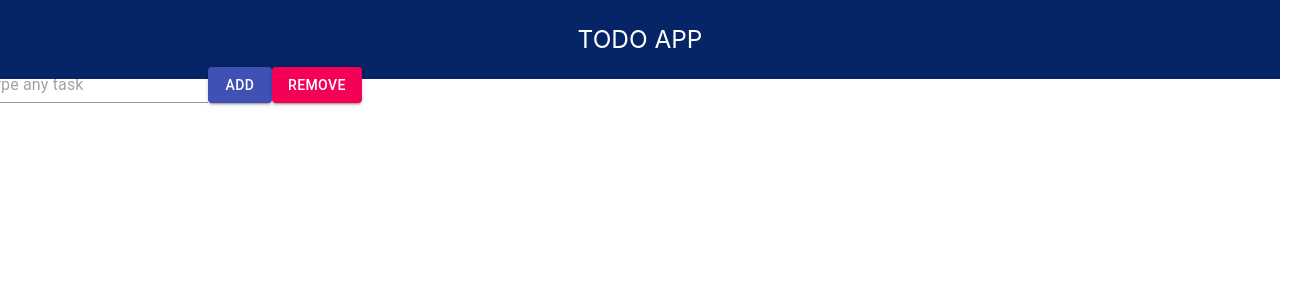
Repository: Shams97/Todo-app
Page: /
These files come from the project's save history. The page is drawn as it stood at one moment and after the next save; the edit follows.
The browser window is 1280 px wide. The page is 1292 px wide, so the pictures cover 1292 px, including what lies to the right of the window. The pictures show the whole page.
The project was rebuilt for these pictures with package versions that can differ from the ones it lists, and the page was loaded fresh each time.

Above is the page before, as saved 2021-06-26 23:37:06.

### src/App.js
import './App.css';
import Tasks from './tasks/tasks';
function App() {
  return (
    <div className="App">
      <header className="App-header">
            <p> TODO APP</p>
      </header>
      <Tasks/>
    </div>
  );
}

export default App;

### src/App.css
.App {
  text-align: center;
}

.App-header {
  background-color: #052566;
  min-height: 10vh;
  display: flex;
  flex-direction: column;
  align-items: center;
  justify-content: center;
  font-size: calc(10px + 2vmin);
  color: white;
}
.container {
  padding:0% 2%;
}

### src/tasks/tasks.js
import React from "react";
import { Button, Input, Container,Grid } from "@material-ui/core";
export default function Tasks() {
  return (
    <Grid container spacing={3}>
      <Input placeholder="type any task"></Input>
      <Button variant="contained" color="primary">Add</Button>
      <Button variant="contained" color="secondary">Remove</Button>
    </Grid>
  );
}

Loaded but not shown: public/index.html (common file); src/index.js (common file); src/index.css (common file); src/reportWebVitals.js (common file)

After the next save:
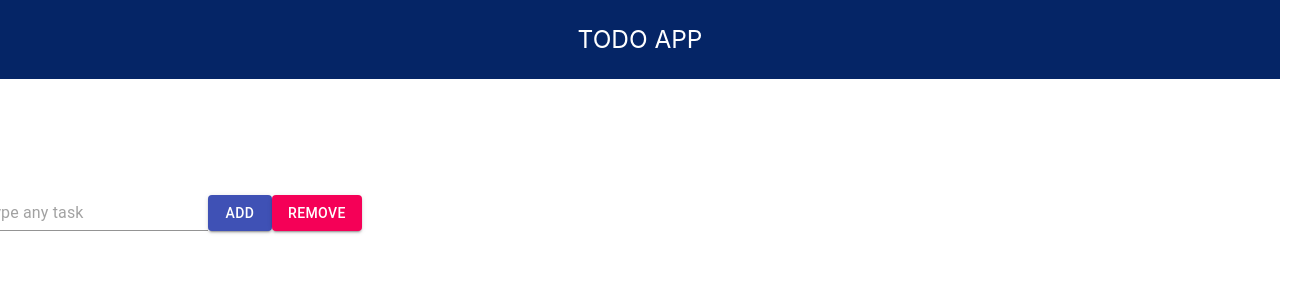
Saved 37 s later.
--- a/src/App.css
+++ b/src/App.css
@@ -11,6 +11,7 @@
   justify-content: center;
   font-size: calc(10px + 2vmin);
   color: white;
+  margin-bottom: 10%;
 }
 .container {
   padding:0% 2%;
